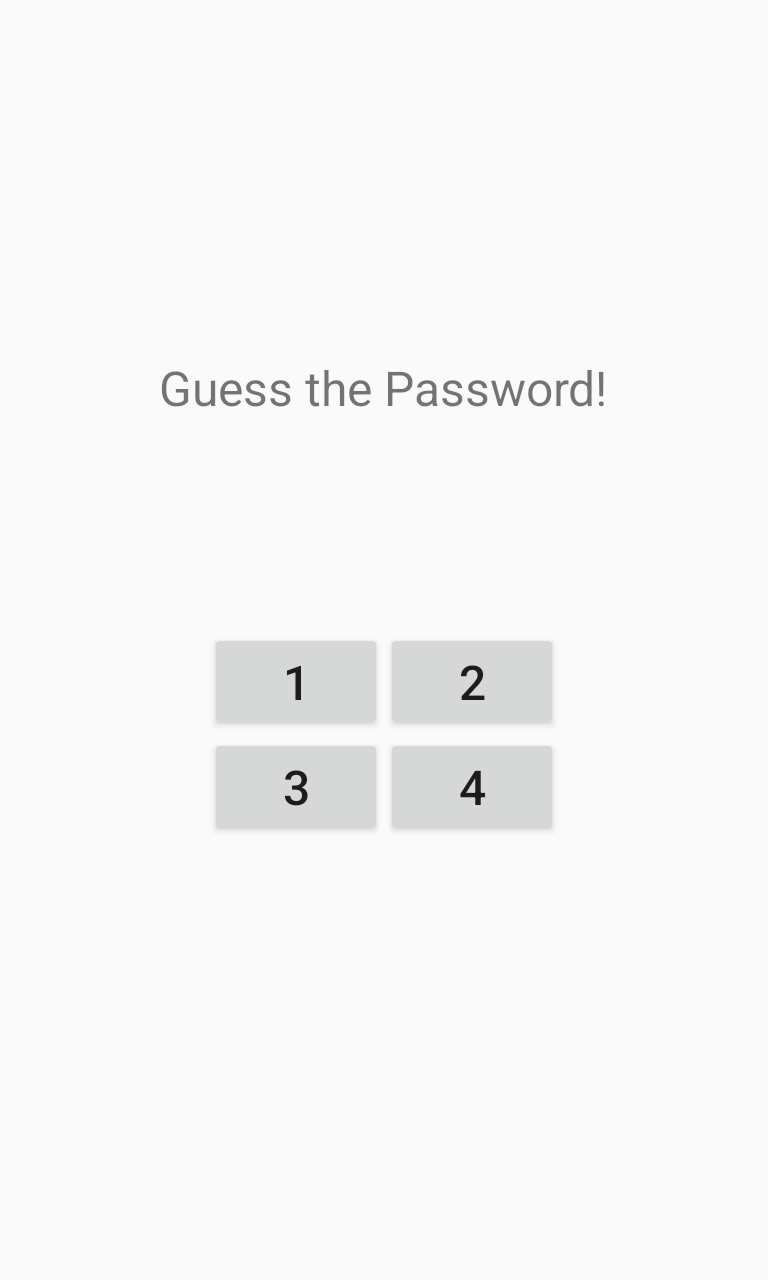
Repository: cryder3/csc303
Layout: Challenge1/res/layout/activity_topsecret.xml
An editor plug-in stored every save of this project. The layout is shown before and after the next save, followed by the edit.
It is drawn on a 768 x 1280 px phone screen (xhdpi) without system bars, with theme AppTheme; the app's code is not run.

Above is the layout before, as saved 2014-09-10 15:48:06.

### Challenge1/res/layout/activity_topsecret.xml
<LinearLayout xmlns:android="http://schemas.android.com/apk/res/android"
    xmlns:tools="http://schemas.android.com/tools"
    android:id="@+id/LinearLayout1"
    android:layout_width="match_parent"
    android:layout_height="match_parent"
    android:orientation="vertical"
    android:gravity= "center"
    tools:context="${relativePackage}.${activityClass}" >

    <TextView
        android:layout_width="wrap_content"
        android:layout_height="wrap_content"
        android:padding="24dp"
        android:textSize="24dp"
        android:text="@string/title"
        />

    <TextView
        android:id="@+id/entered_text"
        android:layout_width="wrap_content"
        android:layout_height="wrap_content"
        android:textSize="24dp"
        android:padding="24dp"
        />

    <LinearLayout
        android:layout_width="match_parent"
        android:layout_height="wrap_content"
        android:gravity="center"
        >

        <Button
            android:id="@+id/button1"
            android:layout_width="wrap_content"
            android:layout_height="wrap_content"
            android:textSize="24dp"
            android:text="@string/one" />

        <Button
            android:id="@+id/button2"
            android:layout_width="wrap_content"
            android:layout_height="wrap_content"
            android:textSize="24dp"
            android:text="@string/two" />

    </LinearLayout>
    <LinearLayout
        android:layout_width="match_parent"
        android:layout_height="wrap_content"
        android:gravity="center"
        >

        <Button
            android:id="@+id/button3"
            android:layout_width="wrap_content"
            android:layout_height="wrap_content"
            android:textSize="24dp"
            android:text="@string/three" />

        <Button
            android:id="@+id/button4"
            android:layout_width="wrap_content"
            android:layout_height="wrap_content"
            android:textSize="24dp"
            android:text="@string/four" />

    </LinearLayout>

    <TextView
        android:id="@+id/answer"
        android:layout_width="wrap_content"
        android:layout_height="wrap_content"
        android:padding="24dp"
        />


</LinearLayout>

### Challenge1/res/values/strings.xml
<?xml version="1.0" encoding="utf-8"?>
<resources>

    <string name="app_name">Challenge1</string>
    <string name="hello_world">Hello world!</string>
    <string name="incorrect_toast">Nope!</string>
    <string name="one">1</string>
    <string name="two">2</string>
    <string name="three">3</string>
    <string name="four">4</string>
    <string name="title">Guess the Password!</string>

</resources>

Loaded but not shown: Challenge1/res/values/styles.xml (common file); Challenge1/res/values-v11/styles.xml (common file); Challenge1/res/values-v14/styles.xml (common file)

After the next save:
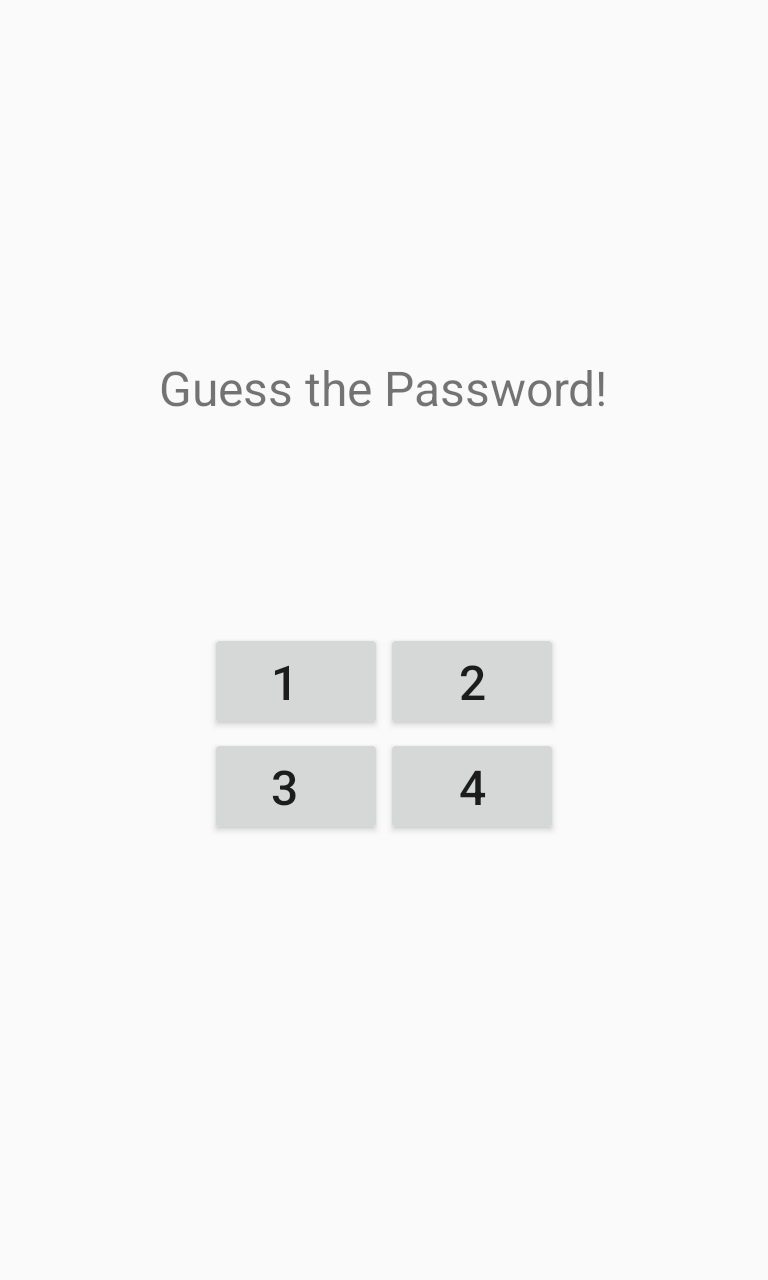
Saved 74 s later.
--- a/Challenge1/res/layout/activity_topsecret.xml
+++ b/Challenge1/res/layout/activity_topsecret.xml
@@ -34,6 +34,7 @@
             android:layout_width="wrap_content"
             android:layout_height="wrap_content"
             android:textSize="24dp"
+            android:paddingRight="24dp"
             android:text="@string/one" />
 
         <Button
@@ -55,6 +56,7 @@
             android:layout_width="wrap_content"
             android:layout_height="wrap_content"
             android:textSize="24dp"
+            android:paddingRight="24dp"
             android:text="@string/three" />
 
         <Button

After the save that followed:
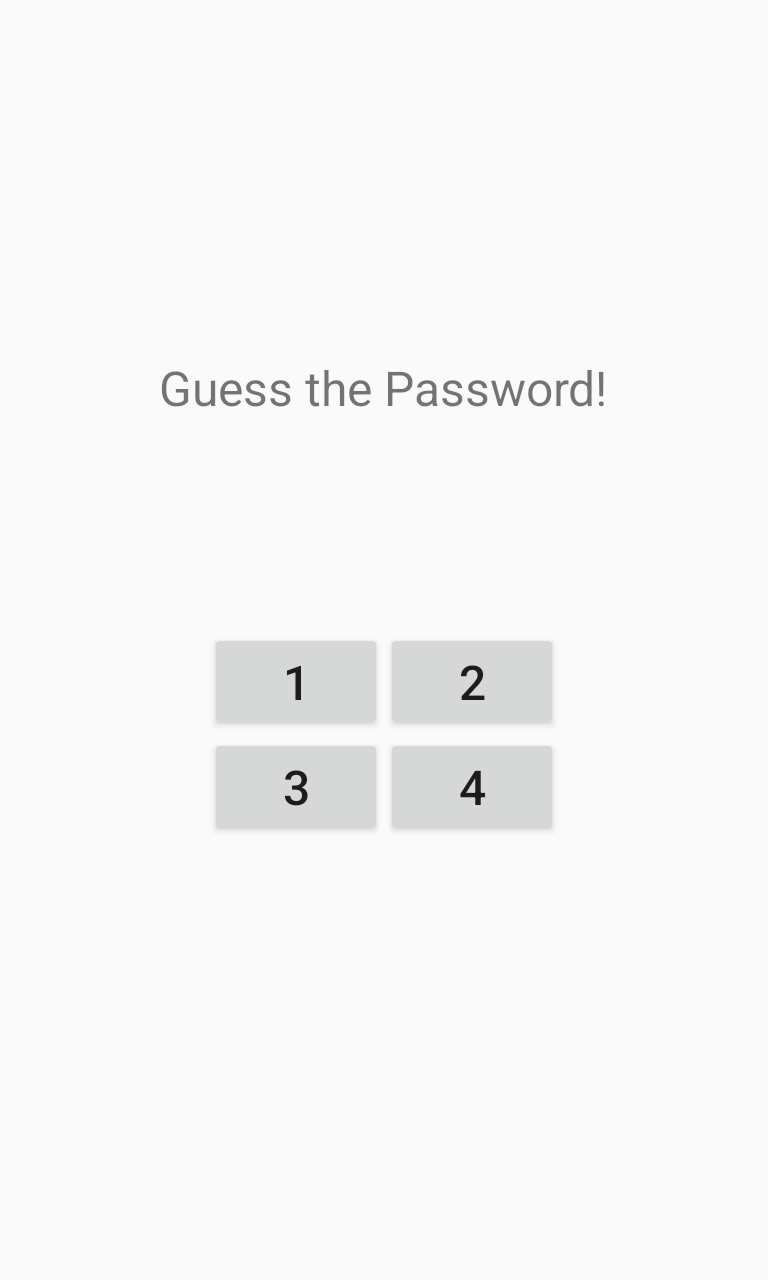
Saved 17 s later.
--- a/Challenge1/res/layout/activity_topsecret.xml
+++ b/Challenge1/res/layout/activity_topsecret.xml
@@ -34,7 +34,7 @@
             android:layout_width="wrap_content"
             android:layout_height="wrap_content"
             android:textSize="24dp"
-            android:paddingRight="24dp"
+            android:marginRight="24dp"
             android:text="@string/one" />
 
         <Button
@@ -56,7 +56,7 @@
             android:layout_width="wrap_content"
             android:layout_height="wrap_content"
             android:textSize="24dp"
-            android:paddingRight="24dp"
+            android:marginRight="24dp"
             android:text="@string/three" />
 
         <Button
